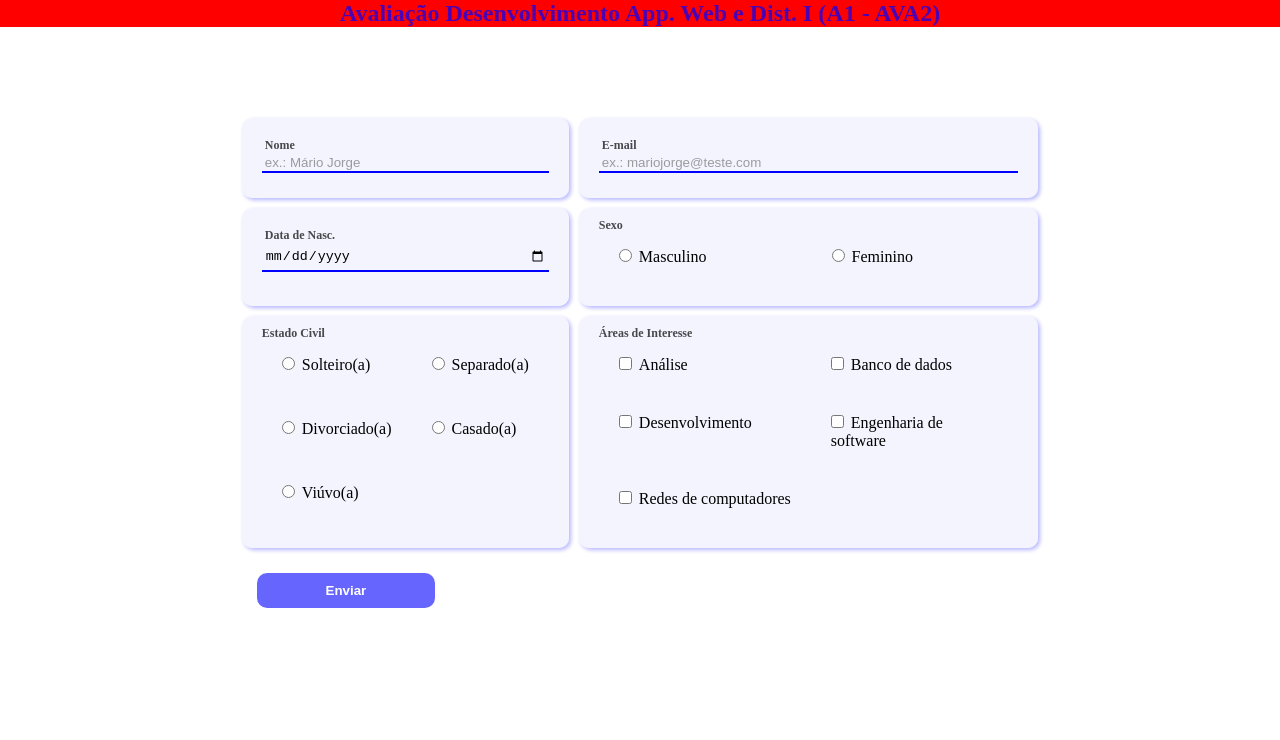
Repository: mjRibeiroTriscal/UVA_Projects
Page: Proj_A1_AVA2_2020_1/index.html
The author's editor kept a copy of each file at every save. The page is drawn from the files as they stood at one save, then again after the next save.
The browser window is 1280 px wide. The pictures show the whole page.

Above is the page before, as saved 2020-03-13 15:01:54.

After the next save:
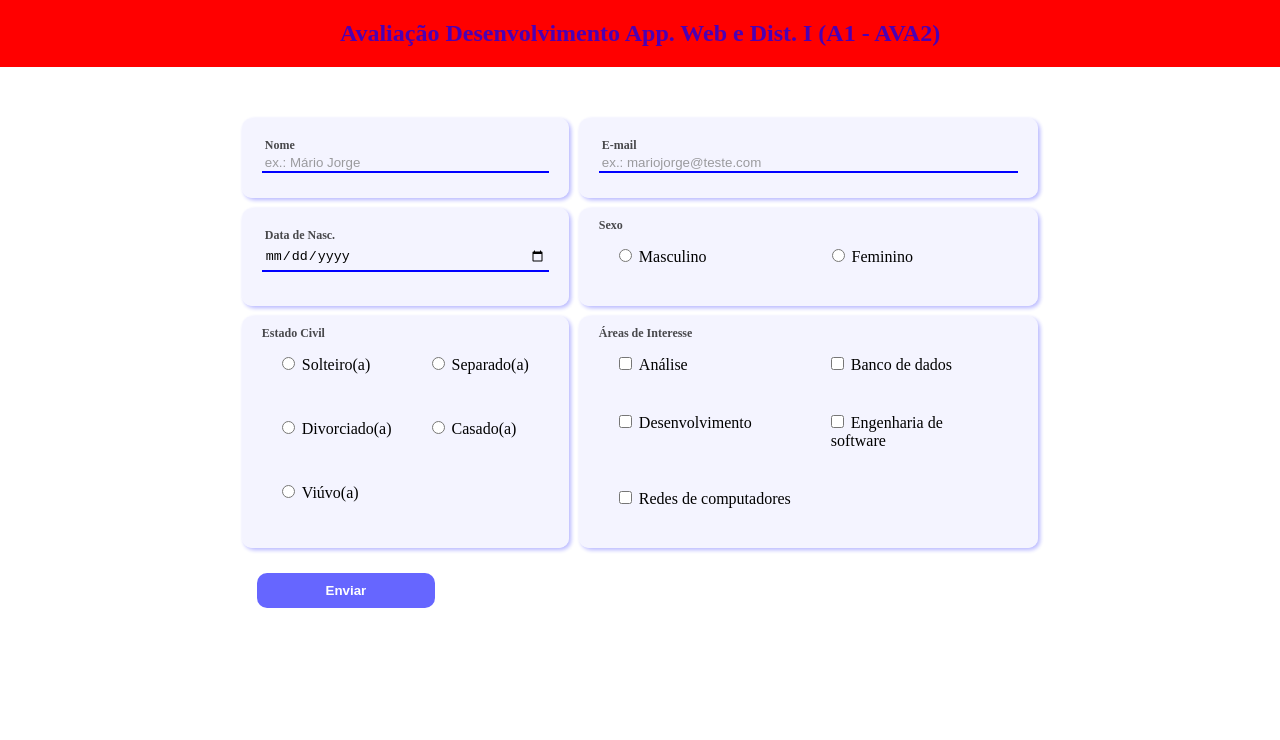
Saved 21 s later.
--- a/Proj_A1_AVA2_2020_1/style.css
+++ b/Proj_A1_AVA2_2020_1/style.css
@@ -29,6 +29,7 @@ header {
     background-color: red;
     width: 100%;
     text-align: center;
+    padding: 20px 0px;
 }
 
 header h2 {
